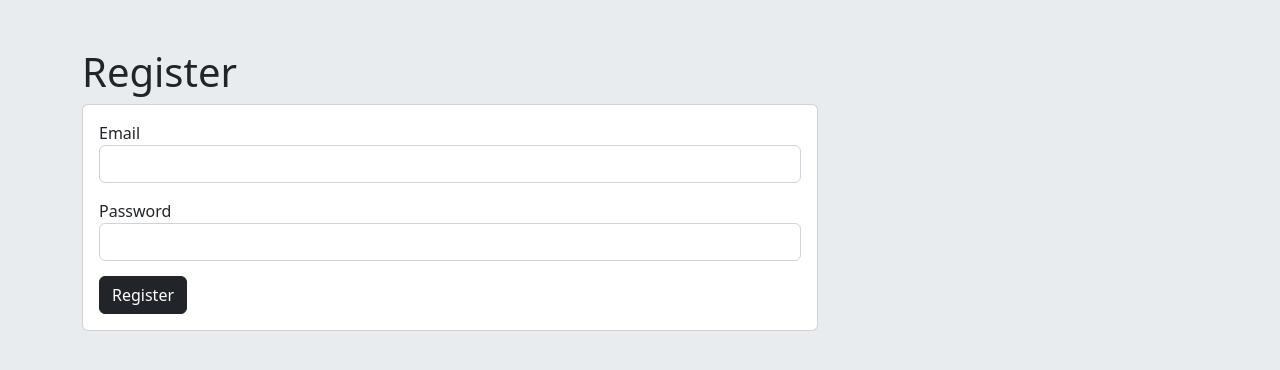
Repository: hritik1204/authentication
Page: http://localhost/register
These files come from the project's save history. The page is drawn as it stood at one moment and after the next save; the edit follows.
The browser window is 1280 px wide. The pictures show the whole page.
The page is served by the project's Node server (app.js).

Above is the page before, as saved 2022-07-07 17:33:59.

### views/register.ejs
<%- include('partials/header') %>
    <div class="container mt-5">
        <h1>Register</h1>

        <div class="row">
            <div class="col-sm-8">
                <div class="card">
                    <div class="card-body">

                        <!-- Makes POST request to /register route -->
                        <form action="/register" method="POST">
                            <div class="mb-3">
                                <label for="email">Email</label>
                                <input type="email" class="form-control" name="username">
                            </div>
                            <div class="form-group">
                                <label for="password">Password</label>
                                <input type="password" class="form-control" name="password">
                            </div>
                            <button type="submit" class="btn register btn-dark">Register</button>
                        </form>

                    </div>
                </div>
            </div>

            <!-- <div class="col-sm-4">
      <div class="card social-block">
        <div class="card-body">
          <a class="btn btn-block" href="/auth/google" role="button">
            <i class="fab fa-google"></i>
            Sign Up with Google
          </a>
        </div>
      </div>
    </div> -->

        </div>
    </div>

    <%- include('partials/header') %>

### views/partials/header.ejs
<!DOCTYPE html>
<html lang="en" dir="ltr">

<head>
    <meta charset="utf-8">
    <title>Secrets</title>
    <script defer src="https://use.fontawesome.com/releases/v5.15.4/js/all.js" integrity="sha384-rOA1PnstxnOBLzCLMcre8ybwbTmemjzdNlILg8O7z1lUkLXozs4DHonlDtnE7fpc" crossorigin="anonymous"></script>
    <!-- CSS only -->
    <link href="https://cdn.jsdelivr.net/npm/bootstrap@5.2.0-beta1/dist/css/bootstrap.min.css" rel="stylesheet" integrity="sha384-0evHe/X+R7YkIZDRvuzKMRqM+OrBnVFBL6DOitfPri4tjfHxaWutUpFmBp4vmVor" crossorigin="anonymous">

    <link rel="stylesheet" href="css/styles.css">
</head>

<body>

### app.js
import express from "express";
import ejs from "ejs";

import { fileURLToPath } from 'url';
import { dirname } from 'path';
import { response } from "express";


main().catch(err => console.log(err));
async function main() {

    const app = express();
    app.use(express.urlencoded({ extended: true }));
    app.use(express.static("public"));
    app.set('view engine', 'ejs');

    const __filename = fileURLToPath(
        import.meta.url);

    const __dirname = dirname(__filename);

    app.get("/", (req, res) => res.render("home"));
    app.get("/login", (req, res) => res.render("login"));
    app.get("/register", (req, res) => res.render("register"));

















    app.listen(3000, () => console.log("Server started on port 3000"));
}

### public/css/styles.css
body {
    background-color: #E8ECEF;
}

.centered {
    padding-top: 200px;
    text-align: center;
}

.secret-text {
    text-align: center;
    font-size: 2rem;
    color: #fff;
    background-color: #000;
}

.register {
    margin-top: 15px;
}

After the next save:
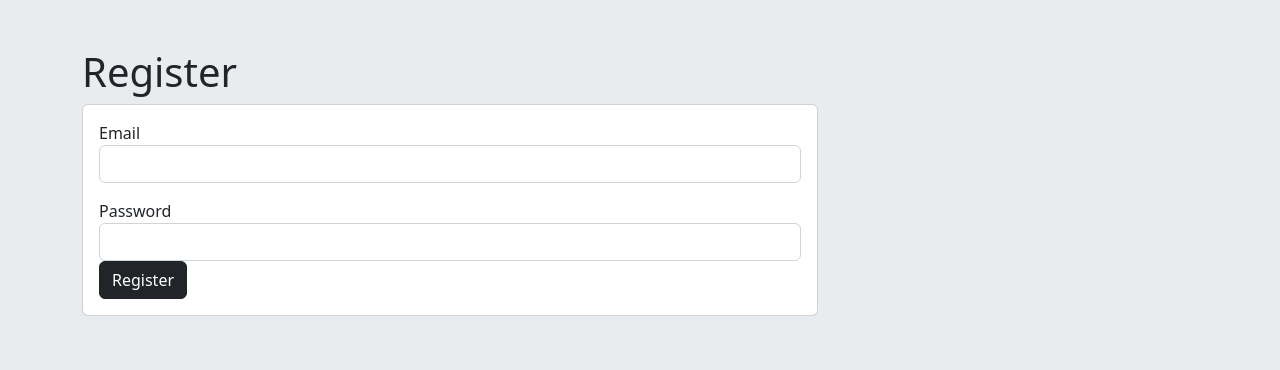
Saved 6 s later.
--- a/views/register.ejs
+++ b/views/register.ejs
@@ -17,7 +17,7 @@
                                 <label for="password">Password</label>
                                 <input type="password" class="form-control" name="password">
                             </div>
-                            <button type="submit" class="btn register btn-dark">Register</button>
+                            <button type="submit" class="btn rgln btn-dark">Register</button>
                         </form>
 
                     </div>
